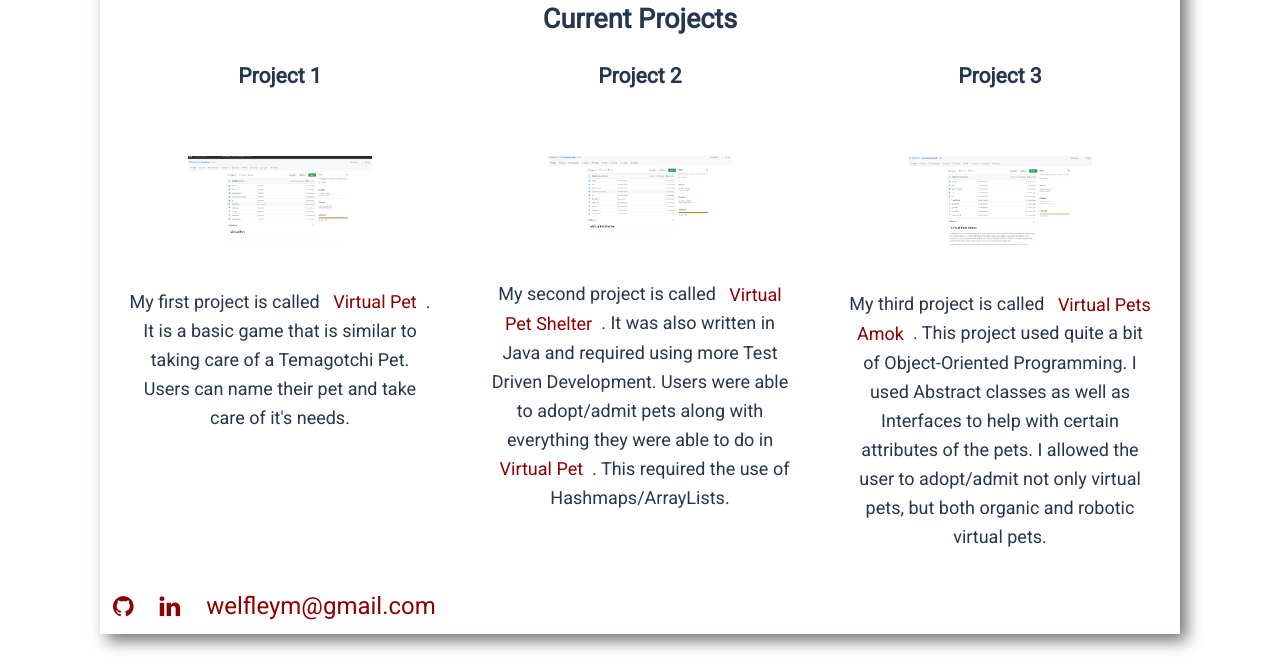
Repository: Matt1218/Matt1218.github.io
Page: index.html
These files come from the project's save history. The page is drawn as it stood at one moment and after the next save; the edit follows.
The browser window is 1280 px wide. The pictures show the part of the page from y = 565 to 1235 px (the page is 1235 px tall before and 1231 px after).
A picture or video elsewhere on the page could not be fetched, so the positions and the page height are approximate.

Above is the page before, as saved 2022-03-21 14:15:48.

After the next save:
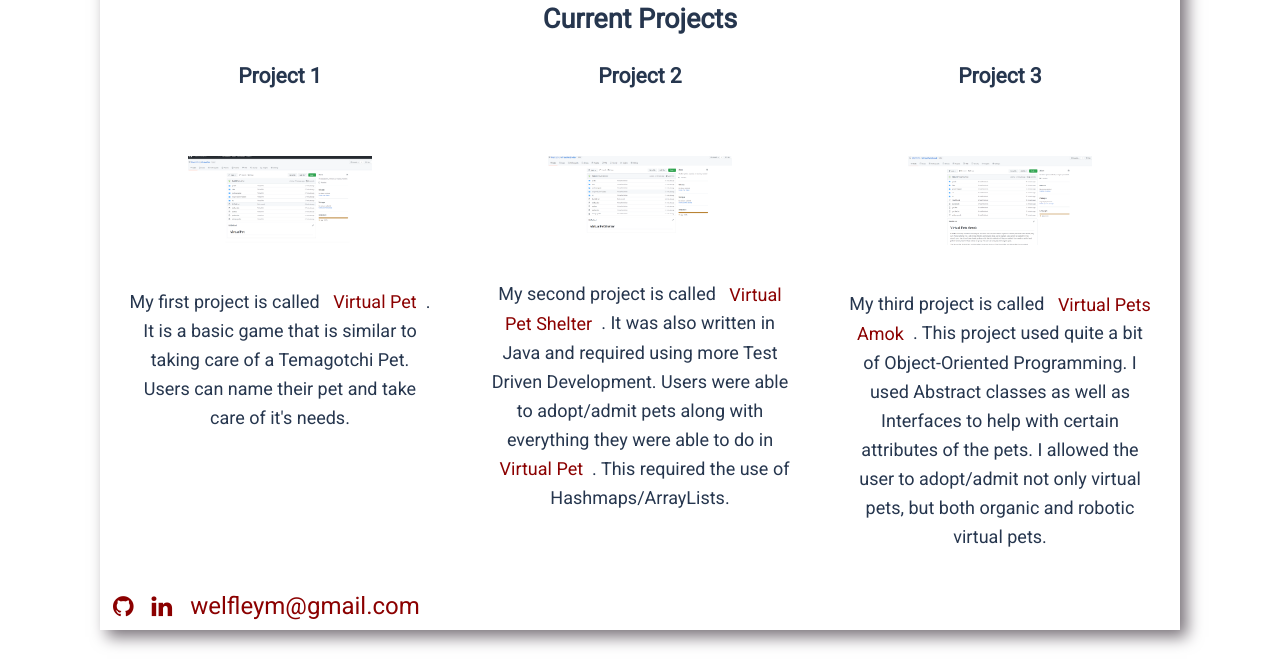
Saved 8 s later.
--- a/style.css
+++ b/style.css
@@ -109,7 +109,7 @@ a {
     align-items:center
 }
 
-#footer a {
+#footer  {
     font-size: x-large;
     margin: 4px;
 }
